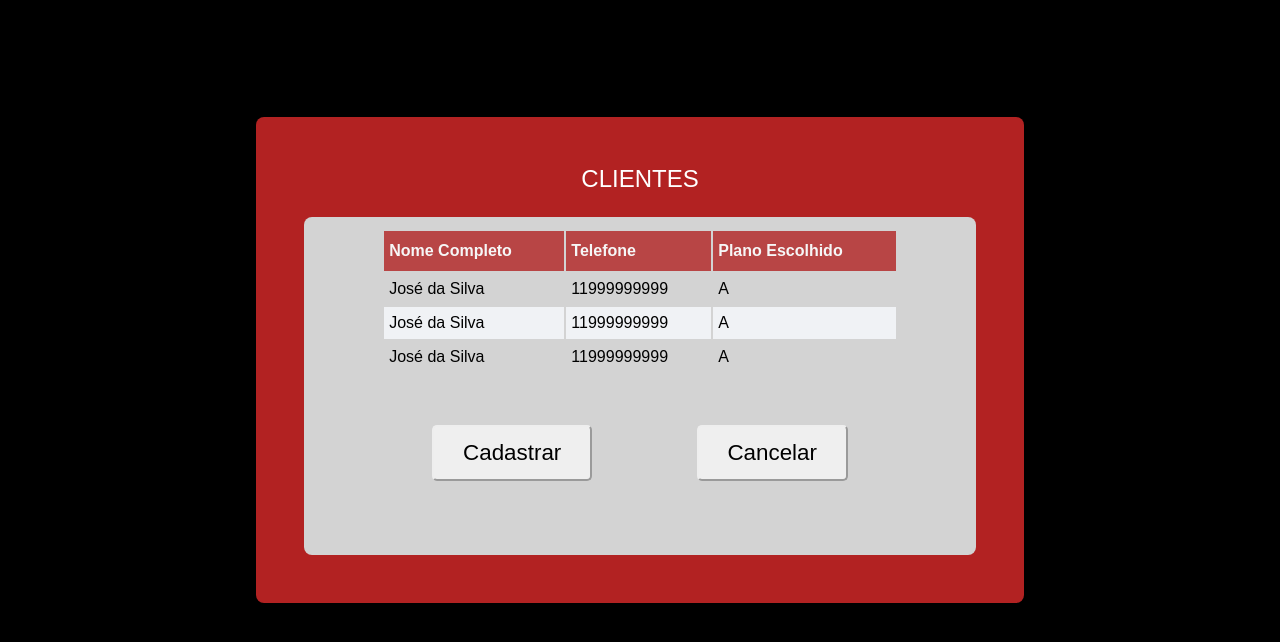
Repository: samantaProspero/projeto_integrador
Page: Versão Atual/PI_Vanila/clientes.html
An editor plug-in stored every save of this project. The page is shown before and after the next save, followed by the edit.
The browser window is 1280 px wide. The pictures show the whole page.

Above is the page before, as saved 2021-11-06 14:49:32.

### Versão Atual/PI_Vanila/clientes.html
<!DOCTYPE html>
<html lang="pt-BR">
<head>
  <meta charset="UTF-8">
  <meta http-equiv="X-UA-Compatible" content="IE=edge">
  <meta name="viewport" content="width=device-width, initial-scale=1.0">
  <link rel="stylesheet" type="text/css" href="_css/global.css">
  <link rel="stylesheet" type="text/css" href="_css/clientes.css">
  <title>D Lions</title>
</head>
<body id="clientes-container">
  <section class="clientes-content">
    <p>CLIENTES</p>
    <nav class="clientes-painel">
      <div class="clientes-lista">

        <div class="area-clientes">
          <table>
            <thead>
              <th>Nome Completo</th>
              <th>Telefone</th>
              <th>Plano Escolhido</th>
            </thead>
            <tbody>
              <tr>
                <td>José da Silva</td>
                <td>11999999999</td>
                <td>A</td>
              </tr>
              <tr>
                <td>José da Silva</td>
                <td>11999999999</td>
                <td>A</td>
              </tr>
              <tr>
                <td>José da Silva</td>
                <td>11999999999</td>
                <td>A</td>
              </tr>
            </tbody>
          </table>
          <div id="buttons-div">
            <button>Cadastrar</button>
            <button>Cancelar</button>
          </div>
        </div>
      </div>
    </nav>
  </section>
</body>
</html>

### Versão Atual/PI_Vanila/_css/global.css
  :root{
    --red: #E52E4D;
    --green: #33CC95;
    --blue: #5429CC;
    --blue-light: #6933FF;
    --text-title: #363F5F;
    --text-body: #969CB2;
    --background: #f0f2f5;
    --shape: #FFFFFF;
    --primary_dark: #363F5F;
  --secondary_dark: #000000;
    --primary: #FF0000;
    --bg_home: #B22222;
    --bg_cadastro:#A52A2A;
    --icon: #6495ED;
    --bg_frame: #D3D3D3;
  }
  /* font verdana 8 bold */

  *{
    margin: 0;
    padding: 0;
    box-sizing: border-box;
  }

  /* // font-size: 16px (Desktop) */
  html{
    @media (max-width: 1080px){
      font-size: 93.75%; //15px
    }
    @media (max-width: 720px){
      font-size: 87.5%;  //14px
    }
  }
  /* //REM = 1rem = 16px */
  body{
    background: var(--secondary_dark);
    -webkit-font-smoothing: antialiased;
  }

  body, input, textarea, button {
    font-family: 'Poppins', sans-serif;
    font-weight: 400;
  }

  h1, h2, h3, h4, h5, h6, strong {
    font-weight: 600;
  }

  button {
    cursor: pointer;
  }



  /* [disabled] {
    opacity: 0.6;
    cursor: not-allowed;
  }

  .react-modal-overlay{
    background: rgba(0,0,0,0.5);
    position: fixed;

    top: 0;
    bottom: 0;
    right: 0;
    left: 0;

    display: flex;
    align-items: center;
    justify-content: center;
  }

  .react-modal-content{
    width: 100%;
    max-width: 576px;
    background: var(--background);
    padding: 3rem;
    position: relative;
    border-radius: 0.25rem;
  }

  .react-modal-close{
    position: absolute;
    right: 1.5rem;
    top: 1.5rem;
    border: 0;
    background: transparent;
    transition: 0.2s; */

    /* &:hover{
      filter: brightness(0.9)
    }
  } */

### Versão Atual/PI_Vanila/_css/clientes.css
#clientes-container {
  width: 100vw;
  height: 100vh;
  display: flex;
  flex-direction: column;
  align-items: center;
  justify-content: center;
}
.clientes-content {
  width: 60vw;
  max-width: 1000px;
  display: flex;
  flex-direction: column;
  justify-content: center;
  align-items: center;
  padding: 3rem;
  border-radius: 8px;
  background-color: var(--bg_home);
}
.clientes-content p {
  color: var(--shape);
  font-size: 1.5rem;
  text-align: center;
  padding-bottom: 1.5rem;
}
.clientes-painel {
  width: 100%;
}
.clientes-lista {
  width: 100%;
  background-color: var(--bg_frame);
  display: flex;
  justify-content: space-around;
  align-items: center;
  padding: 1.5rem;
  border-radius: 8px;

  padding-top: 0.7rem;
}

.area-clientes {
  overflow-x:auto;
}
.area-clientes table {
  width: 100%;
  /* display: flex;
  align-items: center;
  justify-content: space-between;
  padding: 5px; */
}
.area-clientes table th, td{
  text-align: left;
  padding: 5px;
}
.area-clientes table th{
  background-color: var(--bg_home);
  opacity: 0.8;
  height: 2.5rem;
  color: var(--shape);
}
.area-clientes table td{
  height: 2rem;
}

.area-clientes tr:nth-child(even) {
  background-color: var(--background)
}
.area-clientes tr:hover {
  background-color: var(--background)
}
/* .area-clientes label {
  color: var(--text-title);
  font-size: 1.2rem;
} */
/* .area-clientes  input {
  height: 1.5rem;
  padding: 0.8rem;
  margin-left: 1rem;
  border-radius: 5px;
  font-size: 1rem;
  color: var(--text-title);
  border-color: var(--text);
} */

.area-clientes  button{
  /* width: 8rem; */
  height: 3.5rem;
  font-size: 1.4rem;
  padding: 0.8rem 1.8rem;
  border-radius: 5px;
  margin: 50px;
  border-color: var(--text);
}

After the next save:
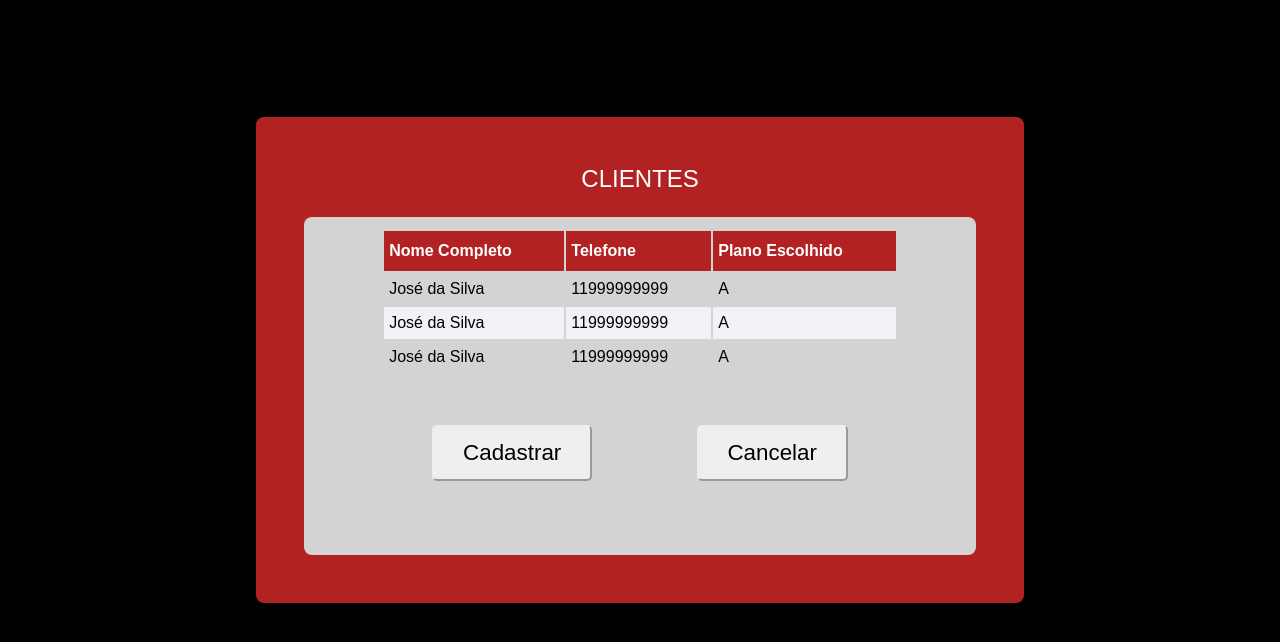
Saved 41 s later.
--- a/Versão Atual/PI_Vanila/_css/clientes.css
+++ b/Versão Atual/PI_Vanila/_css/clientes.css
@@ -54,7 +54,7 @@
 }
 .area-clientes table th{
   background-color: var(--bg_home);
-  opacity: 0.8;
+  /* opacity: 0.8; */
   height: 2.5rem;
   color: var(--shape);
 }
